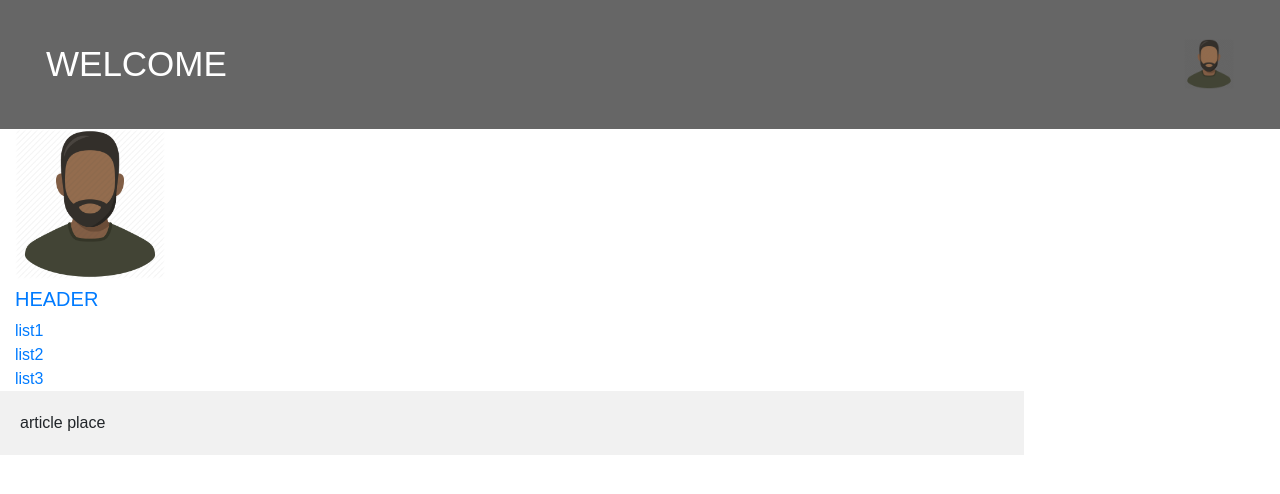
Repository: idrice24/IDRICE24-DASHBOARD
Page: html/header.html
An editor plug-in stored every save of this project. The page is shown before and after the next save, followed by the edit.
The browser window is 1280 px wide. The pictures show the whole page.

Above is the page before, as saved 2020-09-04 00:16:40.

After the next save:
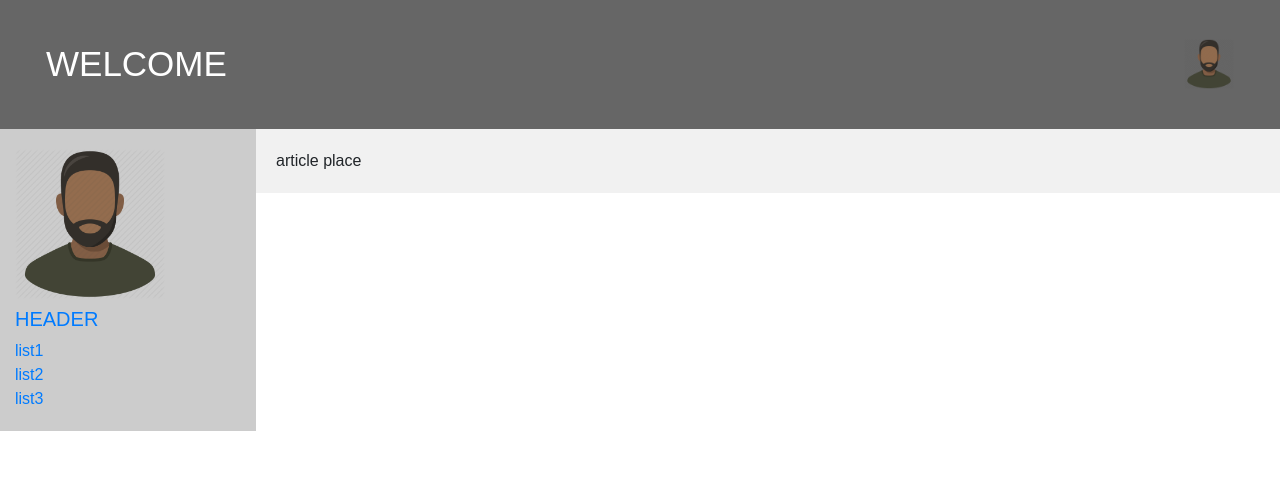
Saved 9 s later.
--- a/html/header.html
+++ b/html/header.html
@@ -21,7 +21,7 @@
         </nav>
     </header>
     <section>
-        <nav class="nav nav-pills nav-stacked">
+        <aside class="nav nav-pills nav-stacked">
             <div class="container-fluid">
                 <div class="row">
                     <div class="col-md-4">
@@ -39,7 +39,7 @@
                     <li><a href="#">list2</a></li>
                     <li><a href="#">list3</a></li>
                 </ul>
-        </nav>
+        </aside>
 
 
 
